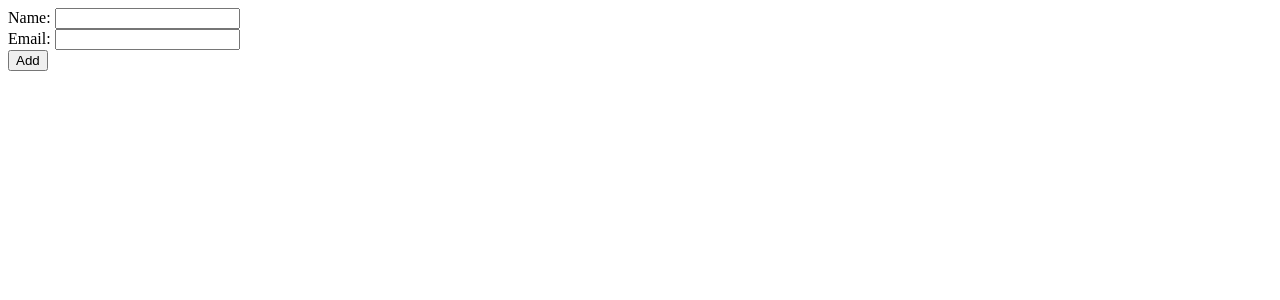
Repository: 2001Yogi/JavaWebAssignment
Page: http://localhost/JSPCRUD/add.jsp
These files come from the project's save history. The page is drawn as it stood at one moment and after a run of saves; the edit follows.
The browser window is 1280 px wide. The pictures show the whole page.
The page is served by Tomcat 9.

Above is the page before, as saved 2024-09-18 12:03:55.

After the next 2 saves:
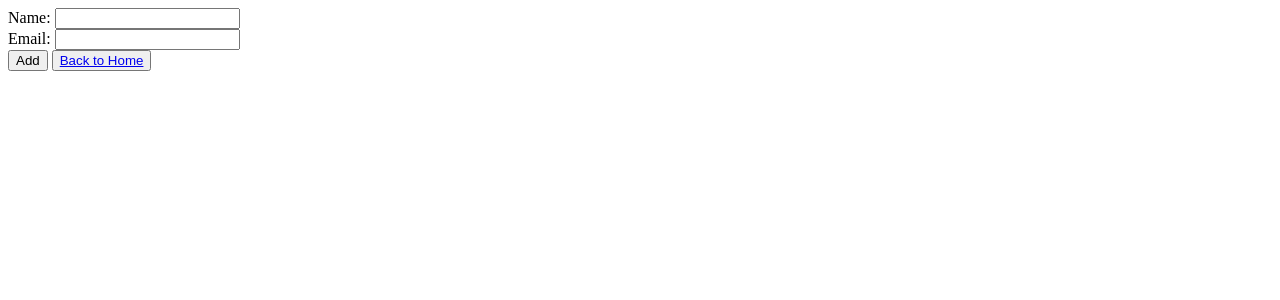
The 2 saves are shown as one change because they came seconds apart.
The last was saved 116 s later.
--- a/JSPCRUD/src/main/webapp/add.jsp
+++ b/JSPCRUD/src/main/webapp/add.jsp
@@ -34,6 +34,7 @@
     Name: <input type="text" name="name"><br>
     Email: <input type="text" name="email"><br>
     <input type="submit" value="Add">
+    <button><a href="index.jsp">Back to Home</a></button>
 </form>
 </body>
 </html>
